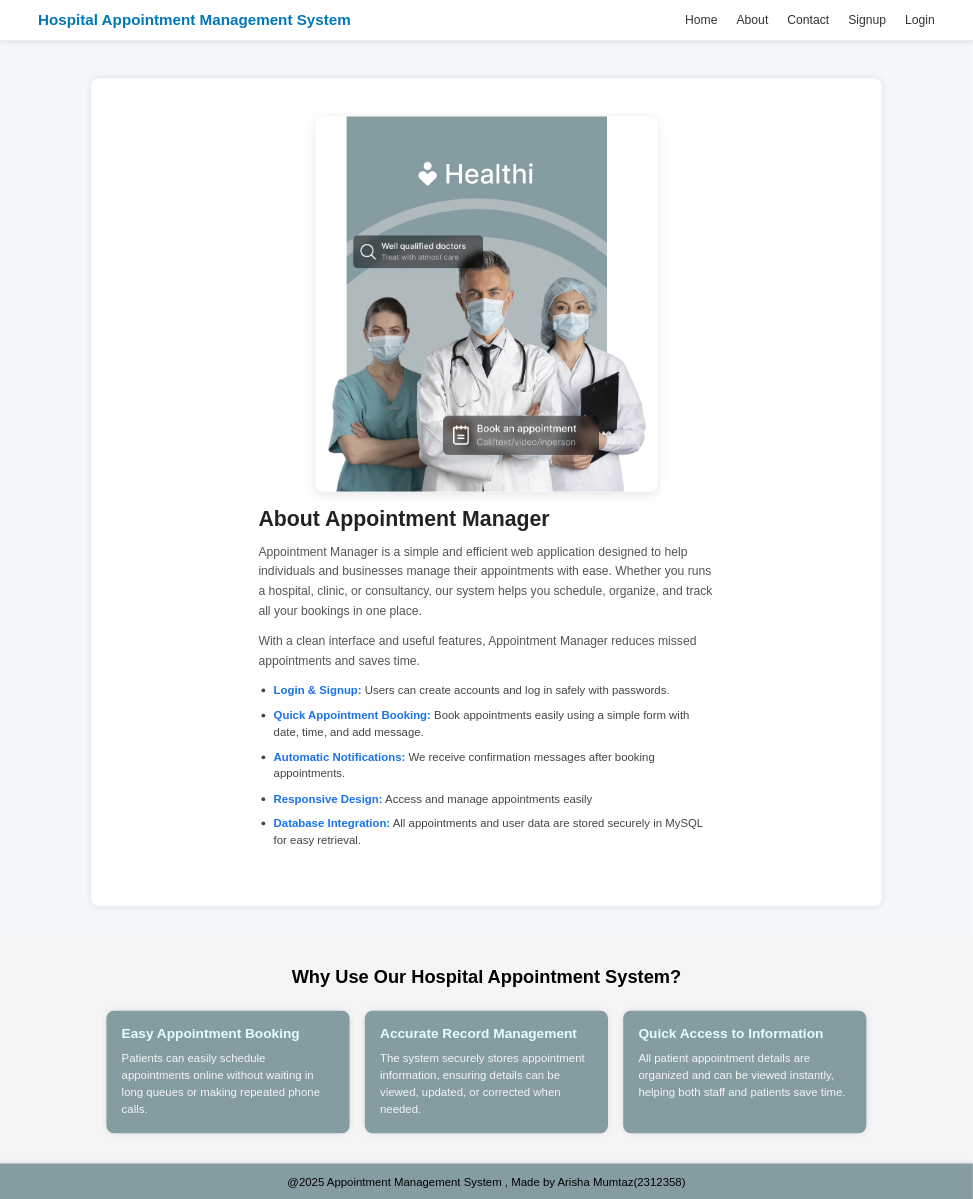
Repository: Arisha004/hospital-management-midterm-
Page: http://localhost/about.html
The author's editor kept a copy of each file at every save. The page is drawn from the files as they stood at one save, then again after the next save.
The browser window is 1280 px wide. The pictures show the whole page, at 76% of full size.
The page is run by PHP 8.4 with error messages shown; the project is at /var/www/html/.

Above is the page before, as saved 2025-11-02 20:32:30.

### about.html
<html>
<head>
    <title>Document</title>
    <link rel="stylesheet" href="style.css">
    <style>
      body{
        background-color: #f4f7fa;
        font-family: Arial, sans-serif;
        color: #333;
      }
      .navbar{
        margin-bottom: 50px;
      }
.about-cards {
  text-align: center;
  padding: 40px 20px;
  background-color: #f5f5f5;
}

.about-cards h3 {
  font-size: 24px;
  margin-bottom: 30px;
  color: black;
}

.card-container {
  display: flex;
  flex-wrap: wrap;
  justify-content: center;
  gap: 20px;
}

.card {
  background-color: #869CA3;
  width: 280px;
  padding: 20px;
  border-radius: 10px;
  box-shadow: 0 0 8px rgba(0,0,0,0.1);
  text-align: left;
}


.card h4 {
  font-size: 18px;
  margin-bottom: 10px;
  color: lightcyan;
}

.card p {
  font-size: 15px;
  color: whitesmoke;
  line-height: 1.5;
}

      </style>
</head>
<body>
      <header class="navbar">
    <div class="logo">Hospital Appointment Management System</div>
    <nav>
      <ul>
        <li><a href="landingpage.html">Home</a></li>
        <li><a href="about.html">About</a></li>
        <li><a href="contact.html">Contact</a></li>
          <li><a href="signup.php">Signup</a></li>
        <li><a href="login.php">Login</a></li>
      </ul>
    </nav>
  </header>
<div class="container about-inner">
  <div class="about-image">
    <img src="images/pic1.png" alt="About Appointment Manager">
  </div>

  <div class="about-content">
    <h2>About Appointment Manager</h2>
    <p>
      Appointment Manager is a simple and efficient web application designed to help individuals and businesses
      manage their appointments with ease. Whether you runs a hospital, clinic, or consultancy, our system
      helps you schedule, organize, and track all your bookings in one place.
    </p>
    <p>
      With a clean interface and useful features, Appointment Manager reduces missed appointments and saves time.
    </p>
    <ul class="features">
      <li><strong> Login & Signup:</strong> Users can create accounts and log in safely with  passwords.</li>
<li><strong>Quick Appointment Booking:</strong> Book appointments easily using a simple form with date, time, and add message.</li>
<li><strong>Automatic Notifications:</strong> We receive confirmation messages after booking appointments.</li>
<li><strong>Responsive Design:</strong> Access and manage appointments easily</li>
<li><strong>Database Integration:</strong> All appointments and user data are stored securely in MySQL for easy retrieval.</li>

       </ul>
  </div>
  </div>

 <section class="about-cards">
  <h3>Why Use Our Hospital Appointment System?</h3>
  <div class="card-container">

    <div class="card">
      <h4>Easy Appointment Booking</h4>
      <p>Patients can easily schedule appointments online without waiting in long queues or making repeated phone calls.</p>
    </div>

    <div class="card">
      <h4>Accurate Record Management</h4>
      <p>The system securely stores appointment information, ensuring details can be viewed, updated, or corrected when needed.</p>
    </div>

    <div class="card">
      <h4>Quick Access to Information</h4>
      <p>All patient appointment details are organized and can be viewed instantly, helping both staff and patients save time.</p>
    </div>

  </div>
</section>



<footer>
    <p>  @2025 Appointment Management System , Made by Arisha Mumtaz(2312358)</p>
  </footer>
</body>
</html>

### style.css

* {
  margin: 0;
  padding: 0;
  font-family: 'Poppins', sans-serif;
}

body {
  background: #869CA3;
  color: #333;
}

.about {
  background-color: #f9f9f9;
  padding: 80px 0; /*80px top & bottom, 0 left & right */
}

.about-image img {

  width: 450px;
  border-radius: 10px;
  box-shadow: 0 4px 15px rgba(0,0,0,0.1);
}

.about-content {
  margin-top: 20px;
  min-width: 300px;
}

.about-content h2 {
  font-size: 28px;
  color: #1a73e8;
  margin-bottom: 15px;
}

.about-content p {
  font-size: 16px;
  color: #555;
  line-height: 1.6;
  margin-bottom: 20px;
}

.features {
  list-style: none;
  padding: 0;
  margin-bottom: 25px;
}

.features li {
  margin-bottom: 10px;
  color: #444;
  font-size: 15px;
  line-height: 1.5;
}

.features strong {
  color: #1a73e8;
}


/* Contact Section */
.contact {
  background-color: #f5f9ff;
  padding: 80px 0;
}

.contact-inner {
  width: 85%;
  max-width: 600px;
  margin: 0 auto;
  text-align: center;
}

.contact h2 {
  font-size: 28px;
  color: #1a73e8;
  margin-bottom: 10px;
}

.contact p {
  color: #555;
  margin-bottom: 30px;
  font-size: 15px;
  line-height: 1.6;
}

.contact-form {
  background-color: #fff;
  padding: 35px 40px;
  border-radius: 12px;
  box-shadow: 0 4px 15px rgba(0,0,0,0.08);
  text-align: left;
}

.form-group {
  margin-bottom: 18px;
}

label {
  display: block;
  font-weight: 500;
  margin-bottom: 6px;
  color: #333;
}

label span {
  color: red;
}

input, textarea {
  width: 100%;
  padding: 10px 12px;
  border: 1px solid #ccc;
  border-radius: 6px;
  font-size: 14px;
  outline: none;
}

input:focus, textarea:focus {
  border-color: #1a73e8;
  box-shadow: 0 0 5px rgba(26,115,232,0.3);
}


.contact-form .btn {
  display: inline-block;
  background-color: #869CA3;
  color: #fff;
  padding: 10px 22px;
  border: none;
  border-radius: 6px;
  cursor: pointer;
  font-weight: 500;

  margin-left: 130px;
   text-align: center;
}

.contact-form .btn:hover {
  background-color: #7498a3;
}

/* Navbar */
.navbar {
  display: flex;
  justify-content: space-between;
  align-items: center;
  padding: 15px 50px;
  background: #fff;
  box-shadow: 0 2px 5px rgba(0,0,0,0.1);
  position: sticky;
  top: 0;
  z-index: 10;
}

.navbar .logo {
  font-weight: 700;
  font-size: 20px;
  color: #0077b6;
}

.navbar ul {
  display: flex;
  list-style: none;
}

.navbar ul li a {
  text-decoration: none;
  color: #333;
  margin-left: 25px;
}

.navbar ul li a:hover {
  color: #0077b6;
}

/* Split Landing Section */
.landing {
  display: flex; /*makes .landing a flex container.*/
  height: 100vh;
}


  button{

  display: inline-block;
  background-color: #869CA3;
  color: #fff;
  padding: 10px 22px;
  border: none;
  border-radius: 6px;
  cursor: pointer;
  font-weight: 500;

   text-align: center;
}

button:hover {
  background-color: #7498a3;
}
/* Left Text Section */
.landing .left {
  flex: 1;
  width: 50%;
  display: flex;
  flex-direction: column; /*flex-direction: column; → children stack vertically.*/
  justify-content: center;
  padding: 0 70px; /*adds 70px space on left and right (inner spacing).*/
  background: #fefefe;
}


.landing .left h1 {
  font-size: 30px;
  color: #023e8a;
  margin-bottom: 20px;
}

.landing .left p {
  font-size: 20px;
  color: #555;
  margin-bottom: 30px;
  line-height: 1.6;
}

.btn {
  background: #869CA3;
  color: #fff;
  padding: 12px 25px;
  border-radius: 30px;
  text-decoration: none;
  font-weight: 300;
  transition: 0.3s;
  width: 300px;
}

.btn:hover {
  background: #7498a3;
}

/* Right Image Section */
.landing .right {
  flex: 1.5;
  background:url(images/pic1.png);
  background-repeat: no-repeat;
  background-size: cover;
  position: relative;
}





.form1-container {
  width: 520px;
  margin: 80px auto;
  background: white;
  padding: 20px;
  border-radius: 8px;
  box-shadow: 0 0 5px gray; /*box-shadow: horizontal-offset vertical-offset blur-radius color;*/
/*his shadow is directly behind the element, slightly blurred (5px), and gray in color. No shifting horizontally or vertically*/
}

.form1-container h2 {
  text-align: center;
  color: #333;
}

.form1-container label {
  display: block;
  margin-top: 10px;
  color: #555;
}

.form1-container input {
  width: 100%;
  padding: 8px;
  margin-top: 5px;
  border: 1px solid #ccc;
  border-radius: 4px;
}

.form1-container button {
  width: 100%;
  margin-top: 15px;
  padding: 10px;
  background: #869CA3;
  border: none;
  color: white;
  border-radius: 4px;
  cursor: pointer;
}

.form1-container button:hover {
  background: #7498a3;
}

.form1-container p {
  text-align: center;
  margin-top: 10px;
}

.success {
  text-align: center;
  background: #d4edda;
  color: #155724;
  padding: 8px;
  border-radius: 5px;
  margin: 10px auto;
  width: 320px;
}

.error {
  text-align: center;
  background: #f8d7da;
  color: #721c24;
  padding: 8px;
  border-radius: 5px;
  margin: 10px auto;
  width: 320px;
}

/* Footer */
footer {
  text-align: center;
  padding: 15px;
 background-color:#869CA3;
        color: black;
  box-shadow: 0 -2px 5px rgba(0,0,0,0.1);
  font-size: 15px;

}

/* --- About Section --- */
.container.about-inner {
  display: flex;
  flex-wrap: wrap;
  justify-content: center;
  align-items: center;
  padding: 50px 20px;
  background-color: #fff;
  margin: 40px auto;
  max-width: 1000px;
  border-radius: 10px;
  box-shadow: 0 0 10px rgba(0,0,0,0.1);
}


/* --- About Content --- */
.about-content {
  max-width: 600px;
}

.about-content h2 {
  font-size: 28px;
  margin-bottom: 15px;
  color: #222;
}

.about-content p {
  font-size: 16px;
  line-height: 1.6;
  margin-bottom: 15px;
}

.features {
  list-style-type: disc;
  padding-left: 20px;
}

.features li {
  margin-bottom: 10px;
}

After the next save:
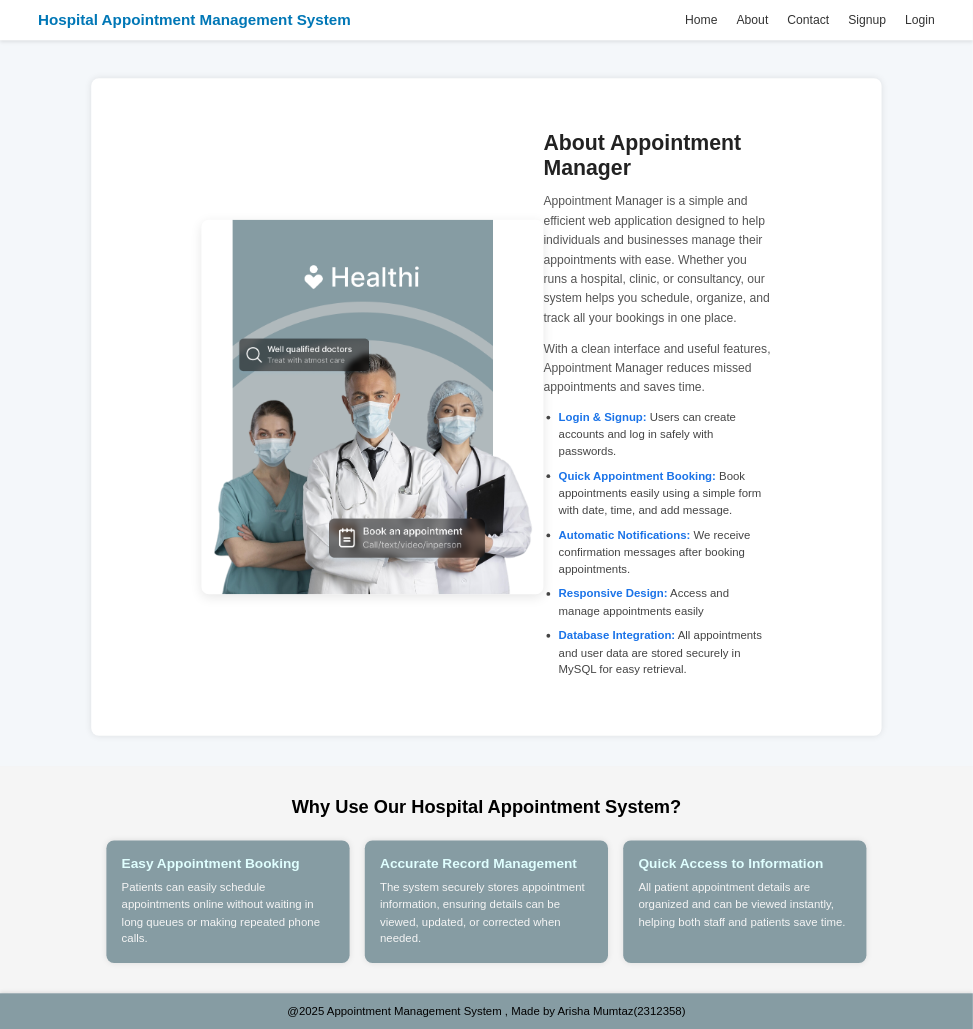
Saved 11 s later.
--- a/style.css
+++ b/style.css
@@ -24,7 +24,7 @@ body {
 
 .about-content {
   margin-top: 20px;
-  min-width: 300px;
+  width: 300px;
 }
 
 .about-content h2 {
